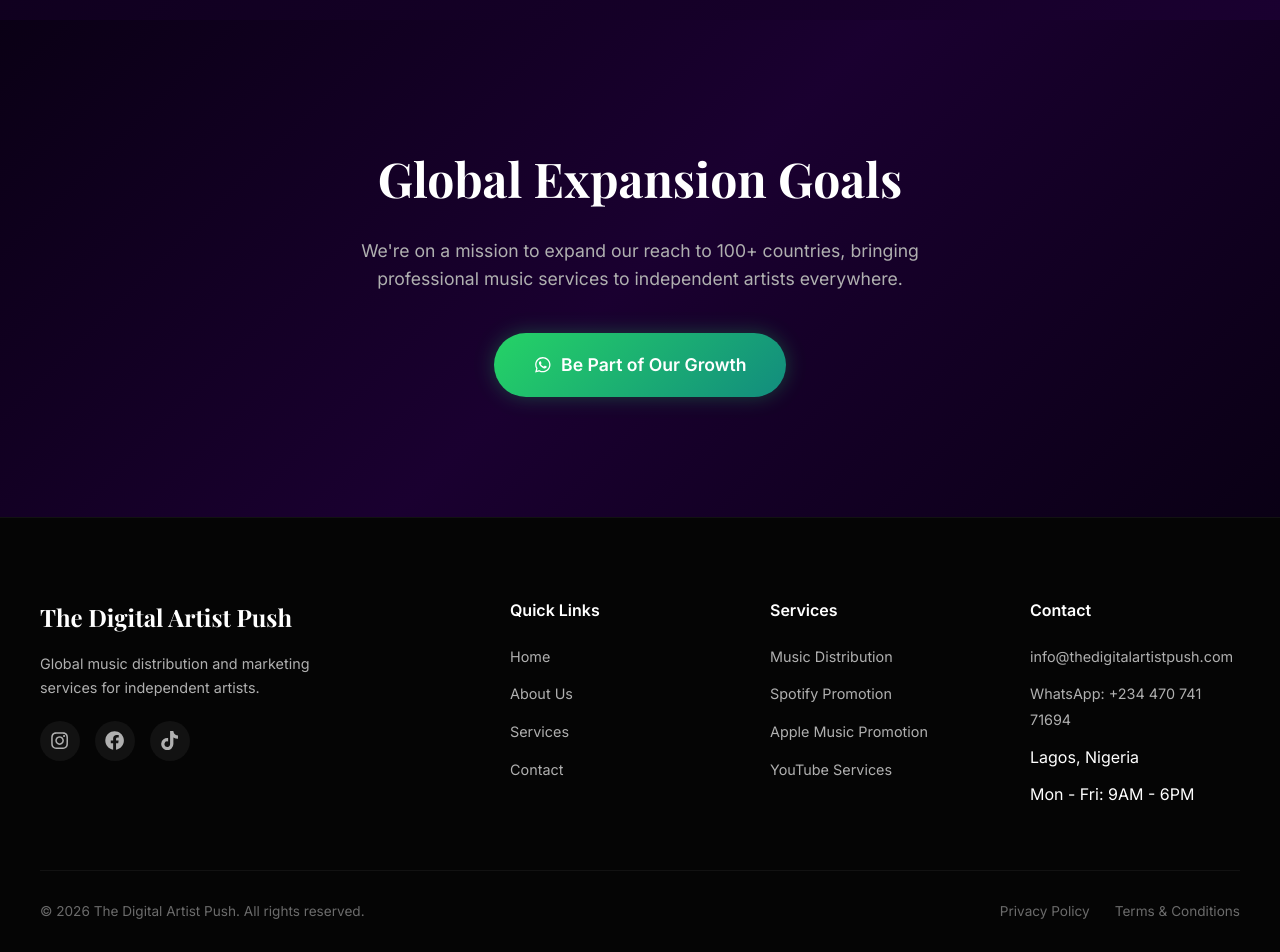
Repository: Ikebobo11/thedigitalartistpush
Page: /about (app in tdap/)
The author's editor kept a copy of each file at every save. The page is drawn from the files as they stood at one save, then again after the next save.
The browser window is 1280 px wide. The pictures show the part of the page from y = 3835 to 4787 px (the page is 4787 px tall).
The project was rebuilt for these pictures with package versions that can differ from the ones it lists, and the page was loaded fresh each time. Also part of the build but not shown: tdap/vite.config.js, tdap/src/pages/Home.jsx, tdap/src/pages/Services.jsx, tdap/src/pages/Contact.jsx.

Above is the page before, as saved 2026-06-13 07:55:23.

After the next save:
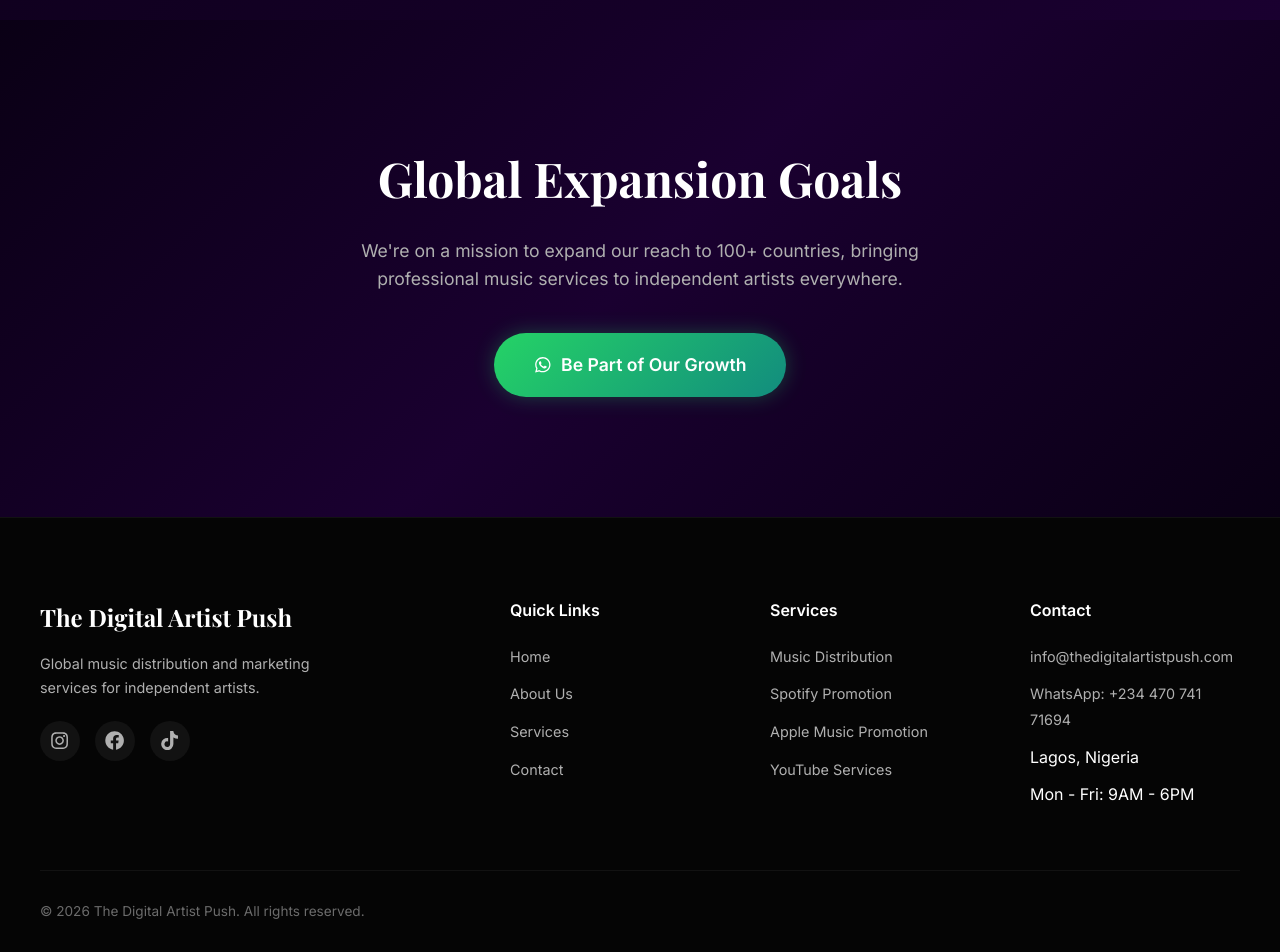
Saved 43 s later.
--- a/tdap/src/components/Footer.jsx
+++ b/tdap/src/components/Footer.jsx
@@ -50,8 +50,8 @@ function Footer() {
       <div className="footer-bottom">
         <p>&copy; {new Date().getFullYear()} The Digital Artist Push. All rights reserved.</p>
         <div className="footer-bottom-links">
-          <a href="#">Privacy Policy</a>
-          <a href="#">Terms & Conditions</a>
+          {/* <a href="#">Privacy Policy</a>
+          <a href="#">Terms & Conditions</a> */}
         </div>
       </div>
     </footer>
